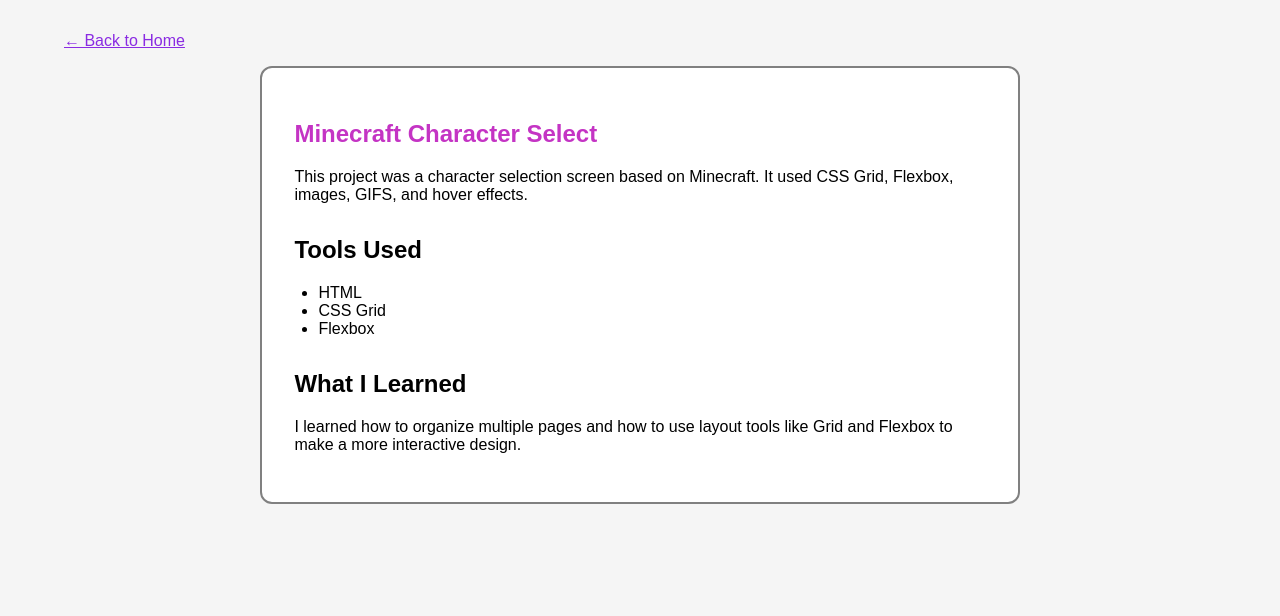
Repository: rayyan-qadeer/rayyan-qadeer
Page: pages/minecraft-character-select.html
These files come from the project's save history. The page is drawn as it stood at one moment and after the next save; the edit follows.
The browser window is 1280 px wide. The pictures show the whole page.

Above is the page before, as saved 2026-05-20 18:04:05.

### pages/minecraft-character-select.html
<!DOCTYPE html>
<html lang="en">
<head>
    <meta charset="UTF-8">
    <meta name="viewport" content="width=device-width, initial-scale=1.0">
    <title>Minecraft Character Select</title>
    <link rel="stylesheet" href="../styles/globals.css" />
    <link rel="stylesheet" href="../styles/project.css" />
</head>
<body>
    <main>
        <a class="back-link" href="..//index.html">← Back to Home</a>

        <article class="project-detail">
            <h1>Minecraft Character Select</h1>
            <p>
                This project was a character selection screen based on Minecraft. It used CSS Grid, Flexbox, images, GIFS, and hover effects.
            </p>

            <section class="project-section">
                <h2>Tools Used</h2>
                <ul>
                    <li>HTML</li>
                    <li>CSS Grid</li>
                    <li>Flexbox</li>
                </ul>
            </section>

            <section class="project-section">
                <h2>What I Learned</h2>
                <p>
                    I learned how to organize multiple pages and how to use layout tools like Grid and Flexbox to make a more interactive design.
                </p>
            </section>
        </article>
    </main>
</body>
</html>

### styles/globals.css
body {
    margin: 0rem;
    font-family: Arial, Helvetica, sans-serif;
    background-color: whitesmoke;
    color: black;
}

### styles/project.css
main {
    padding: 1rem;
    max-width: 90%;
    margin: 0 auto;
}

.back-link {
    display: inline-block;
    margin: 1rem 0;
    color: blueviolet;
}

.project-detail {
    background-color: white;
    padding: 2rem;
    border: 2px solid gray;
    border-radius: 12px;
}

.project-detail h1 {
    color: rgb(196, 52, 196)
}

.project-section {
    margin-top: 2rem;
}

.project-section ul {
    padding-left: 1.5rem;
}

@media (min-width: 768px) {
    .project-detail {
        max-width: 80%;
        margin: 0 auto;
    }
}

@media (min-width: 1024px) {
    .project-detail {
        max-width: 60%;
    }
}

After the next save:
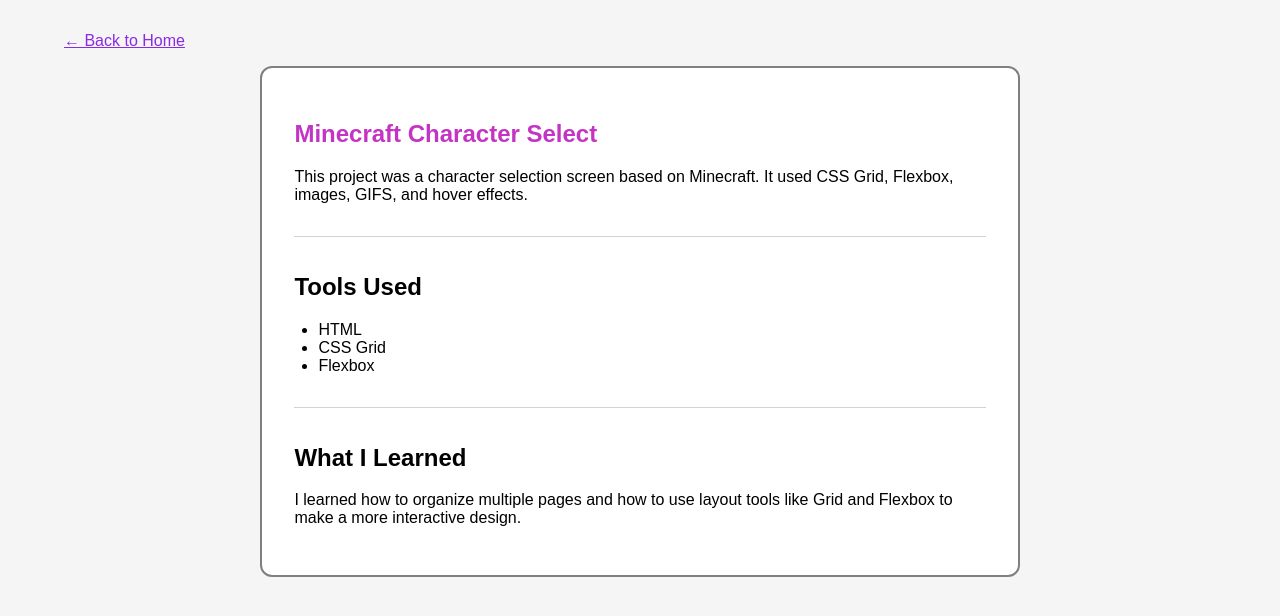
Saved 54 s later.
--- a/styles/project.css
+++ b/styles/project.css
@@ -15,6 +15,7 @@
     padding: 2rem;
     border: 2px solid gray;
     border-radius: 12px;
+    margin-top: 2rem;
 }
 
 .project-detail h1 {
@@ -23,6 +24,8 @@
 
 .project-section {
     margin-top: 2rem;
+    border-top: 1px solid lightgray;
+    padding-top: 1rem;
 }
 
 .project-section ul {
